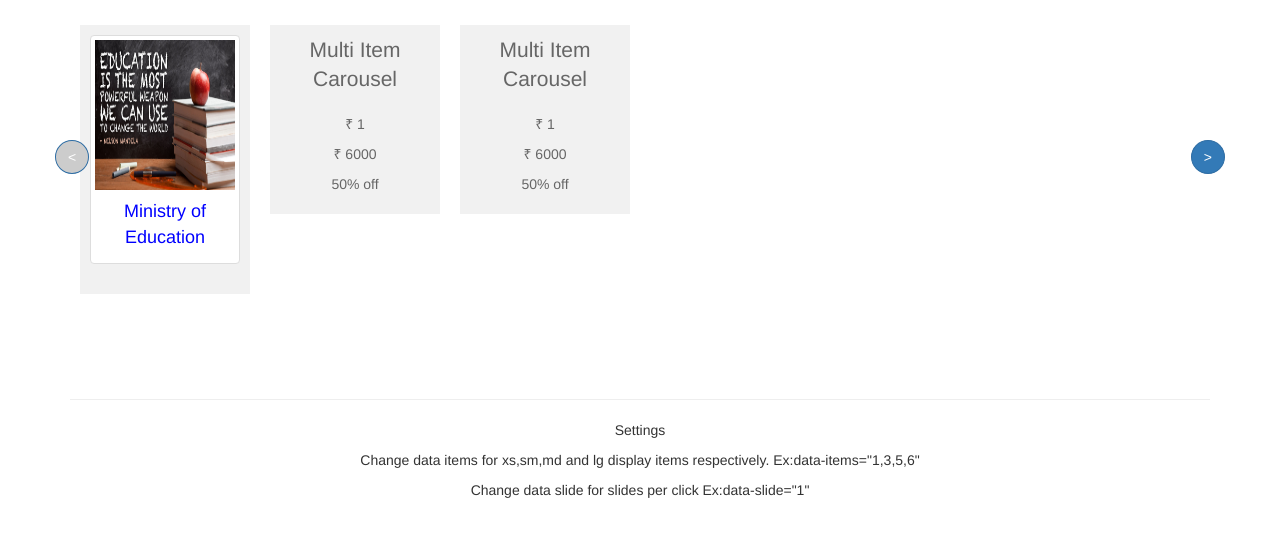
Repository: isranivishal/TsecCodestorm
Page: slider.html
An editor plug-in stored every save of this project. The page is shown before and after the next save, followed by the edit.
The browser window is 1280 px wide. The pictures show the whole page.
Some web libraries are served in a nearby version.

Above is the page before, as saved 2018-09-21 18:41:47.

### slider.html
<!Doctype HTML>
<html>
    <head>
            <link rel="stylesheet" href="https://maxcdn.bootstrapcdn.com/bootstrap/3.3.7/css/bootstrap.min.css">
            <script src="https://ajax.googleapis.com/ajax/libs/jquery/3.3.1/jquery.min.js"></script>
            <script src="https://maxcdn.bootstrapcdn.com/bootstrap/3.3.7/js/bootstrap.min.js"></script>
            <link rel="stylesheet" href="https://cdnjs.cloudflare.com/ajax/libs/animate.css/3.5.2/animate.min.css">
            <link href="//maxcdn.bootstrapcdn.com/bootstrap/3.3.0/css/bootstrap.min.css" rel="stylesheet" id="bootstrap-css">
            <script src="//maxcdn.bootstrapcdn.com/bootstrap/3.3.0/js/bootstrap.min.js"></script>
            <script src="//code.jquery.com/jquery-1.11.1.min.js"></script>


            <style>
                .MultiCarousel { float: left; overflow: hidden; padding: 15px; width: 100%; position:relative; }
    .MultiCarousel .MultiCarousel-inner { transition: 1s ease all; float: left; }
        .MultiCarousel .MultiCarousel-inner .item { float: left;}
        .MultiCarousel .MultiCarousel-inner .item > div { text-align: center; padding:10px; margin:10px; background:#f1f1f1; color:#666;}
    .MultiCarousel .leftLst, .MultiCarousel .rightLst { position:absolute; border-radius:50%;top:calc(50% - 20px); }
    .MultiCarousel .leftLst { left:0; }
    .MultiCarousel .rightLst { right:0; }

        .MultiCarousel .leftLst.over, .MultiCarousel .rightLst.over { pointer-events: none; background:#ccc; }
            </style>


        <script>
            $(document).ready(function () {
    var itemsMainDiv = ('.MultiCarousel');
    var itemsDiv = ('.MultiCarousel-inner');
    var itemWidth = "";

    $('.leftLst, .rightLst').click(function () {
        var condition = $(this).hasClass("leftLst");
        if (condition)
            click(0, this);
        else
            click(1, this)
    });

    ResCarouselSize();




    $(window).resize(function () {
        ResCarouselSize();
    });

    //this function define the size of the items
    function ResCarouselSize() {
        var incno = 0;
        var dataItems = ("data-items");
        var itemClass = ('.item');
        var id = 0;
        var btnParentSb = '';
        var itemsSplit = '';
        var sampwidth = $(itemsMainDiv).width();
        var bodyWidth = $('body').width();
        $(itemsDiv).each(function () {
            id = id + 1;
            var itemNumbers = $(this).find(itemClass).length;
            btnParentSb = $(this).parent().attr(dataItems);
            itemsSplit = btnParentSb.split(',');
            $(this).parent().attr("id", "MultiCarousel" + id);


            if (bodyWidth >= 1200) {
                incno = itemsSplit[3];
                itemWidth = sampwidth / incno;
            }
            else if (bodyWidth >= 992) {
                incno = itemsSplit[2];
                itemWidth = sampwidth / incno;
            }
            else if (bodyWidth >= 768) {
                incno = itemsSplit[1];
                itemWidth = sampwidth / incno;
            }
            else {
                incno = itemsSplit[0];
                itemWidth = sampwidth / incno;
            }
            $(this).css({ 'transform': 'translateX(0px)', 'width': itemWidth * itemNumbers });
            $(this).find(itemClass).each(function () {
                $(this).outerWidth(itemWidth);
            });

            $(".leftLst").addClass("over");
            $(".rightLst").removeClass("over");

        });
    }


    //this function used to move the items
    function ResCarousel(e, el, s) {
        var leftBtn = ('.leftLst');
        var rightBtn = ('.rightLst');
        var translateXval = '';
        var divStyle = $(el + ' ' + itemsDiv).css('transform');
        var values = divStyle.match(/-?[\d\.]+/g);
        var xds = Math.abs(values[4]);
        if (e == 0) {
            translateXval = parseInt(xds) - parseInt(itemWidth * s);
            $(el + ' ' + rightBtn).removeClass("over");

            if (translateXval <= itemWidth / 2) {
                translateXval = 0;
                $(el + ' ' + leftBtn).addClass("over");
            }
        }
        else if (e == 1) {
            var itemsCondition = $(el).find(itemsDiv).width() - $(el).width();
            translateXval = parseInt(xds) + parseInt(itemWidth * s);
            $(el + ' ' + leftBtn).removeClass("over");

            if (translateXval >= itemsCondition - itemWidth / 2) {
                translateXval = itemsCondition;
                $(el + ' ' + rightBtn).addClass("over");
            }
        }
        $(el + ' ' + itemsDiv).css('transform', 'translateX(' + -translateXval + 'px)');
    }

    //It is used to get some elements from btn
    function click(ell, ee) {
        var Parent = "#" + $(ee).parent().attr("id");
        var slide = $(Parent).attr("data-slide");
        ResCarousel(ell, Parent, slide);
    }

});
        </script>
    </head>

    <body>

            <div class="container">
                    <div class="row">
                        <div class="MultiCarousel" data-items="1,3,5,6" data-slide="1" id="MultiCarousel"  data-interval="1000">
                            <div class="MultiCarousel-inner">
                                <div class="item">
                                    <div class="pad15">
                                        <div class="thumbnail">
                                            <a href="california.jpg">
                                                <img src="education.jpg" alt="California" style="width:100%;height:150px;">
                                                    <div class="caption">
                                                        <a href="california.html" style="color:blue; font-size:18px">Ministry of Education</a>
                                                    </div>
                                            </a>
                                        </div>
                                    </div>
                                </div>

                                <div class="item">
                                    <div class="pad15">
                                        <p class="lead">Multi Item Carousel</p>
                                        <p>₹ 1</p>
                                        <p>₹ 6000</p>
                                        <p>50% off</p>
                                    </div>
                                </div>


                                <div class="item">
                                    <div class="pad15">
                                        <p class="lead">Multi Item Carousel</p>
                                        <p>₹ 1</p>
                                        <p>₹ 6000</p>
                                        <p>50% off</p>
                                    </div>
                                </div>
                            </div>
                            <button class="btn btn-primary leftLst"><</button>
                            <button class="btn btn-primary rightLst">></button>
                        </div>
                    </div>
                    <div class="row">
                        <div class="col-md-12 text-center">
                            <br/><br/><br/>
                            <hr/>
                            <p>Settings</p>
                            <p>Change data items for xs,sm,md and lg display items respectively. Ex:data-items="1,3,5,6"</p>
                            <p>Change data slide for slides per click Ex:data-slide="1"</p>
                        </div>
                    </div>
                </div>
    </body>
</html>

After the next save:
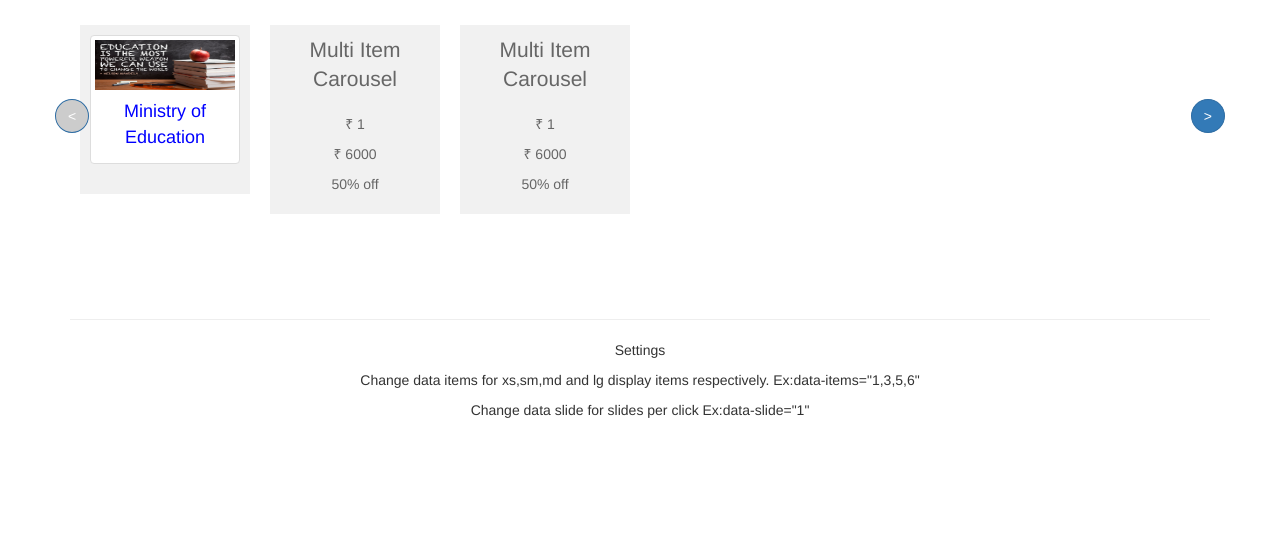
Saved 37 s later.
--- a/slider.html
+++ b/slider.html
@@ -143,7 +143,7 @@
                                     <div class="pad15">
                                         <div class="thumbnail">
                                             <a href="california.jpg">
-                                                <img src="education.jpg" alt="California" style="width:100%;height:150px;">
+                                                <img src="education.jpg" alt="California" style="width:100%;height:50px;">
                                                     <div class="caption">
                                                         <a href="california.html" style="color:blue; font-size:18px">Ministry of Education</a>
                                                     </div>
